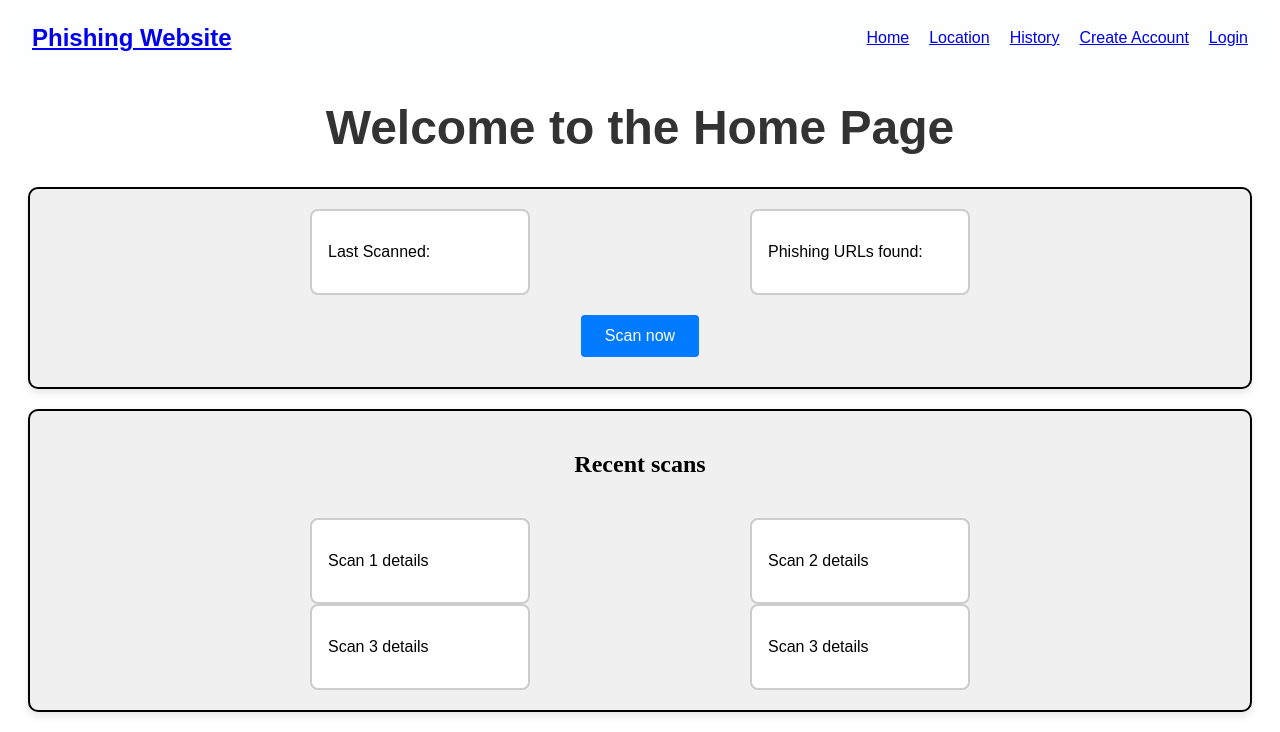
Repository: 2305199/Final-year-project
Page: / (app in frontend/)
These files come from the project's save history. The page is drawn as it stood at one moment and after the next save; the edit follows.
The browser window is 1280 px wide. The pictures show the whole page.
The project was rebuilt for these pictures with package versions that can differ from the ones it lists, and the page was loaded fresh each time. Also part of the build but not shown: frontend/vite.config.js, frontend/src/Location/Location.jsx, frontend/src/History/History.jsx, frontend/src/User/CreateAccount.jsx, frontend/src/User/Login.jsx.

Above is the page before, as saved 2026-01-29 01:38:58.

After the next save:
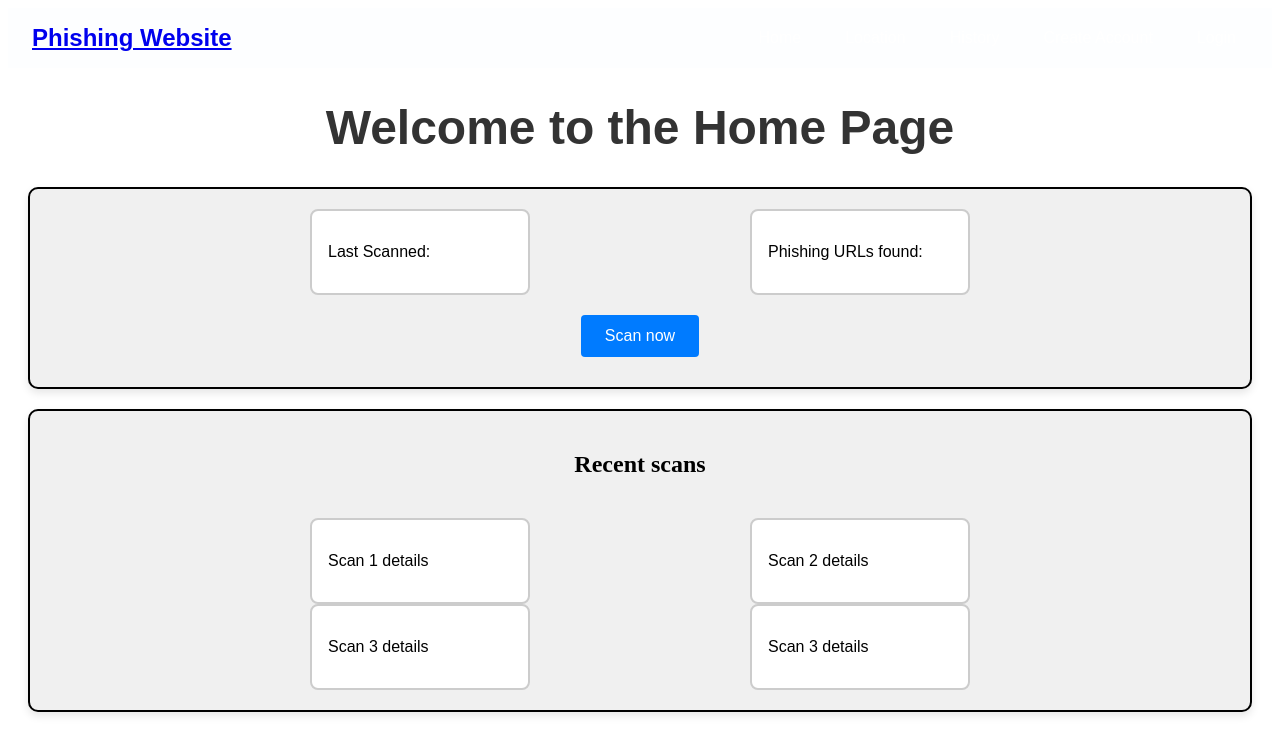
Saved 61 s later.
--- a/frontend/src/components/Header.module.css
+++ b/frontend/src/components/Header.module.css
@@ -4,6 +4,19 @@
   gap: 20px;
   margin: 0;
   padding: 0;
+}
+.navLinks li {
+  display: inline;
+}
+
+/* Links */
+.navLinks a {
+  color: #ffffff;
+  text-decoration: none;
+  font-size: 16px;
+  padding: 8px 12px;
+  border-radius: 4px;
+  transition: background-color 0.3s ease;
 }
 .navbar {
   display: flex;
